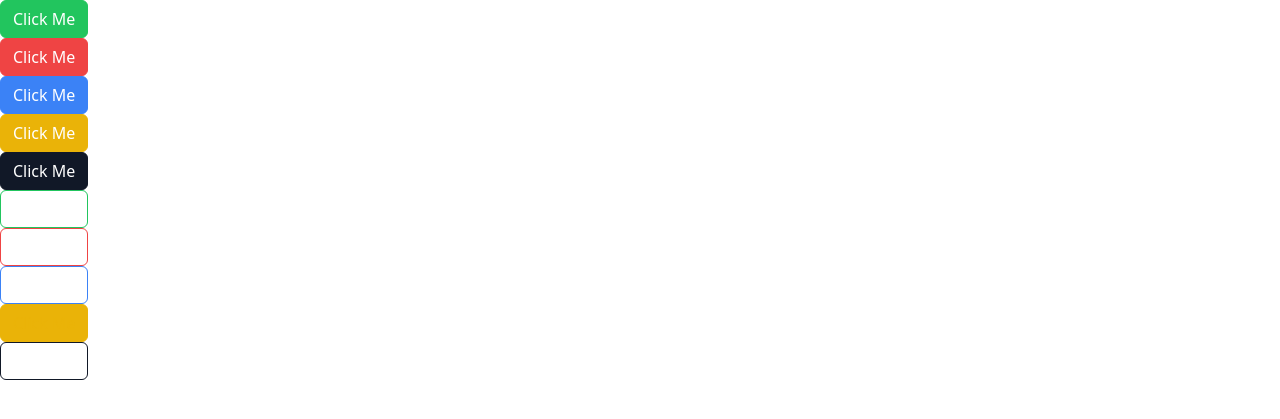
Repository: Marhamat92/reactroutefromstephen
Page: /
The author's editor kept a copy of each file at every save. The page is drawn from the files as they stood at one save, then again after the next save.
The browser window is 1280 px wide. The pictures show the whole page.
The project was rebuilt for these pictures with package versions that can differ from the ones it lists, and the page was loaded fresh each time. Also part of the build but not shown: src/App.css.

Above is the page before, as saved 2022-12-21 15:32:10.

After the next save:
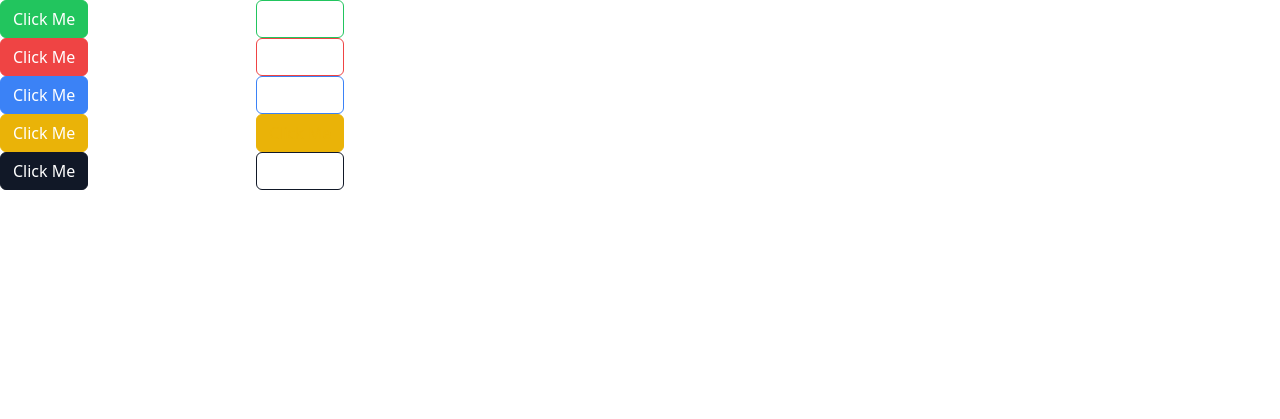
Saved 9 s later.
--- a/src/App.tsx
+++ b/src/App.tsx
@@ -6,7 +6,7 @@ function App() {
   return (
     <div>
       <div className='grid grid-cols-5'>
-        <div className='lg:col-span-5'>
+        <div className='lg:col-span-1'>
           <Button rounded success>
             Click Me
           </Button>
@@ -23,7 +23,7 @@ function App() {
             Click Me
           </Button>
         </div>
-        <div className='lg:col-span-5'>
+        <div className='lg:col-span-1'>
           <Button outline rounded success>
             Click Me
           </Button>
